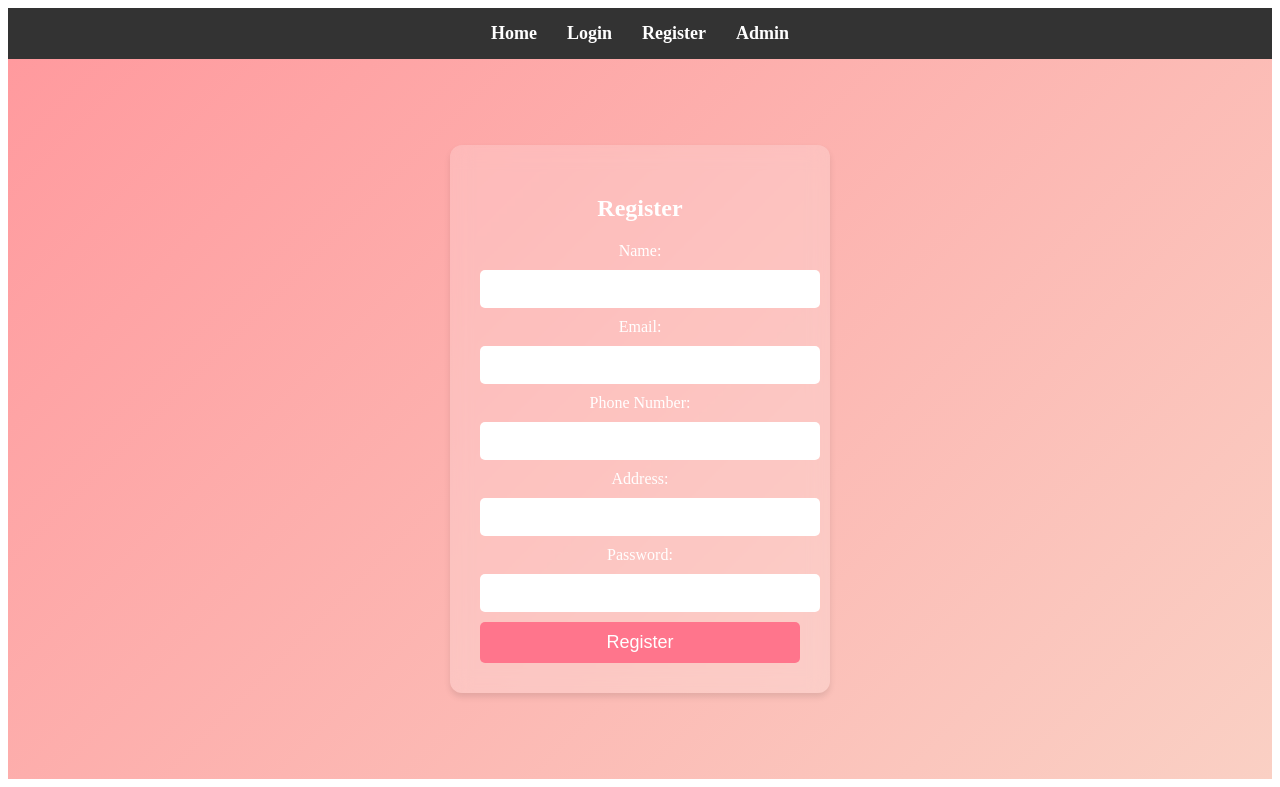
Repository: AhmedIbu/angular-login-app
Page: /register (app in angular-login-app/)
The author's editor kept a copy of each file at every save. The page is drawn from the files as they stood at one save, then again after the next save.
The browser window is 1280 px wide. The pictures show the whole page.
The project was rebuilt for these pictures with package versions that can differ from the ones it lists, and the page was loaded fresh each time. Also part of the build but not shown: angular-login-app/angular.json, angular-login-app/src/app/home/home.component.ts, angular-login-app/src/app/login/login.component.ts, angular-login-app/src/app/services/auth.service.ts, angular-login-app/src/app/admin-dashboard/admin-dashboard.component.ts, angular-login-app/src/app/admin-login/admin-login.component.ts, angular-login-app/src/app/user-dashboard/user-dashboard.component.ts.

Above is the page before, as saved 2025-02-21 11:18:08.

### angular-login-app/src/index.html
<!doctype html>
<html lang="en">
<head>
  <meta charset="utf-8">
  <title>AngularLoginApp</title>
  <base href="/">
  <meta name="viewport" content="width=device-width, initial-scale=1">
  <link rel="icon" type="image/x-icon" href="favicon.ico">
</head>
<body>
  <app-root></app-root>
</body>
</html>

### angular-login-app/src/styles.css
/*  app components css   */

/* Style the navigation bar */
.navbar {
  background: #333;
  padding: 15px;
  text-align: center;
}

/* Style the list */
.nav-list {
  list-style: none;
  padding: 0;
  margin: 0;
  display: flex;
  justify-content: center;
}

/* Style the navigation links */
.nav-list li {
  margin: 0 15px;
}

.nav-link {
  text-decoration: none;
  color: white;
  font-size: 18px;
  font-weight: bold;
  transition: color 0.3s ease-in-out;
}

/* Hover effect */
.nav-link:hover {
  color: #00c8ff;
}

/* Responsive design */
@media (max-width: 600px) {
  .nav-list {
    flex-direction: column;
  }

  .nav-list li {
    margin-bottom: 10px;
  }
}

### angular-login-app/src/main.ts
import { bootstrapApplication } from '@angular/platform-browser';
import { appConfig } from './app/app.config';
import { AppComponent } from './app/app.component';
import { provideHttpClient } from '@angular/common/http';

bootstrapApplication(AppComponent, {
  ...appConfig, // ✅ Spread existing config
  providers: [
    ...appConfig.providers, // ✅ Keep existing providers
    provideHttpClient() // ✅ Ensure HTTP client is provided
  ]
}).catch(err => console.error(err));

### angular-login-app/src/app/app.config.ts
import { ApplicationConfig } from '@angular/core';
import { provideRouter, Routes } from '@angular/router';
import { provideHttpClient } from '@angular/common/http';

// ✅ Import standalone components
import { HomeComponent } from './home/home.component';
import { LoginComponent } from './login/login.component';
import { RegisterComponent } from './register/register.component';
import { AdminDashboardComponent } from './admin-dashboard/admin-dashboard.component';
import { AdminLoginComponent } from './admin-login/admin-login.component';
import { UserDashboardComponent } from './user-dashboard/user-dashboard.component';

// ✅ Define routes
const routes: Routes = [
  { path: '', component: HomeComponent}, // Default route
  { path: 'login', component: LoginComponent },
  { path: 'register', component: RegisterComponent },
  { path: 'admin-login', component: AdminLoginComponent },
  { path: 'user-dashboard', component: UserDashboardComponent },
  { path: 'admin-dashboard', component: AdminDashboardComponent },
  { path: '**', redirectTo: 'user-dashboard' } // Catch-all for unknown routes
];

export const appConfig: ApplicationConfig = {
  providers: [
    provideRouter(routes),
    provideHttpClient()
  ]
};

### angular-login-app/src/app/app.component.ts
import { Component } from '@angular/core';
import { RouterModule } from '@angular/router';

@Component({
  selector: 'app-root',
  standalone: true,
  imports: [RouterModule],
  templateUrl: './app.component.html',
  styleUrls: ['./app.component.css','../styles.css']
})
export class AppComponent { }

### angular-login-app/src/app/register/register.component.ts
import { CommonModule } from '@angular/common';
import { Component } from '@angular/core';
import { FormsModule } from '@angular/forms';
import { UserService } from '../services/user.service';

@Component({
  selector: 'app-register',
  standalone: true,
  imports: [CommonModule, FormsModule],
  templateUrl: './register.component.html',
  styleUrls: ['./register.component.css']
})
export class RegisterComponent {
  user = { name: '', email: '', phone: '', address: '', password: '' };
  errorMessage = '';
  successMessage = '';
  loading = false; // ✅ Added loading state

  constructor(private userService: UserService) {}

  registerUser() {
    // ✅ Prevent duplicate submissions
    if (this.loading) return;

    // ✅ Validate form fields
    if (!this.validateForm()) {
      this.errorMessage = "All fields are required";
      return;
    }

    // ✅ Show loading state
    this.loading = true;
    this.errorMessage = '';
    this.successMessage = '';

    console.log('📤 Sending Data:', this.user); // Debugging

    this.userService.registerUser(this.user).subscribe({
      next: (response: any) => {
        console.log('✅ Registration successful:', response);
        this.successMessage = response.message || 'User Registered Successfully!';
        alert(this.successMessage);
        this.resetForm();
      },
      error: (error) => {
        console.error('❌ Registration failed:', error);
        this.errorMessage = error.error?.message || 'Registration failed. Try again.';
        alert(this.errorMessage);
      },
      complete: () => {
        this.loading = false; // ✅ Re-enable form after request completes
      }
    });
  }

  private validateForm(): boolean {
    return Object.values(this.user).every(value => value.trim() !== '');
  }

  private resetForm() {
    this.user = { name: '', email: '', phone: '', address: '', password: '' };
    this.errorMessage = '';
    this.successMessage = '';
  }
}

### angular-login-app/src/app/app.component.html
<nav class="navbar">
  <ul class="nav-list">
    <li><a routerLink="/" class="nav-link">Home</a></li>
    <li><a routerLink="/login" class="nav-link">Login</a></li>
    <li><a routerLink="/register" class="nav-link">Register</a></li>
    <li><a routerLink="/admin-login" class="nav-link">Admin</a></li>
  </ul>
</nav>

<router-outlet></router-outlet>

### angular-login-app/src/app/register/register.component.html
<div class="register-container">
  <div class="register-box">
<h2>Register</h2>
<form (ngSubmit)="registerUser()">
  <label>Name:</label>
  <input type="text" [(ngModel)]="user.name" name="name" required>

  <label>Email:</label>
  <input type="email" [(ngModel)]="user.email" name="email" required>

  <label>Phone Number:</label>
  <input type="text" id="phone" [(ngModel)]="user.phone" name="phone" required>

  <label for="address">Address:</label>
  <input type="text" id="address" [(ngModel)]="user.address" name="address" required>

  <label>Password:</label>
  <input type="password" [(ngModel)]="user.password" name="password" required>

  <button type="submit" class="register-btn">Register</button>

  <p *ngIf="errorMessage" style="color: red;">{{ errorMessage }}</p>
</form>
</div>
</div>

### angular-login-app/src/app/register/register.component.css
/* Centering the register form */
.register-container {
    display: flex;
    justify-content: center;
    align-items: center;
    height: 100vh;
    background: linear-gradient(135deg, #ff9a9e, #fad0c4);
  }

  /* Glassmorphism effect for the form */
  .register-box {
    background: rgba(255, 255, 255, 0.2);
    backdrop-filter: blur(10px);
    border-radius: 12px;
    padding: 30px;
    box-shadow: 0 4px 6px rgba(0, 0, 0, 0.1);
    width: 320px;
    text-align: center;
    color: #fff;
  }

  /* Styling form elements */
  .register-box h2 {
    margin-bottom: 20px;
    font-size: 24px;
    font-weight: bold;
  }

  .register-box input {
    width: 100%;
    padding: 10px;
    margin: 10px 0;
    border: none;
    border-radius: 5px;
    font-size: 16px;
  }

  /* Register button styles */
  .register-btn {
    background: #ff758c;
    color: white;
    border: none;
    padding: 10px;
    font-size: 18px;
    width: 100%;
    border-radius: 5px;
    cursor: pointer;
    transition: 0.3s;
  }

  .register-btn:hover {
    background: #ff5277;
    transform: scale(1.05);
  }

  /* Style for the "Already have an account?" text */
  .register-box p {
    margin-top: 10px;
    font-size: 14px;
  }

  .register-box a {
    color: #fff;
    text-decoration: underline;
    transition: 0.3s;
  }

  .register-box a:hover {
    color: #ff5277;
  }

### angular-login-app/src/app/services/user.service.ts
import { Injectable } from '@angular/core';
import { HttpClient , HttpHeaders} from '@angular/common/http';
import { Observable } from 'rxjs';

@Injectable({
  providedIn: 'root'
})
export class UserService {
  private apiUrl = 'http://127.0.0.1:5000/get-users'; // Flask backend base URL

  constructor(private http: HttpClient) {}

  registerUser(userData: any) {
    return this.http.post('http://127.0.0.1:5000/register', userData, {
      headers: { 'Content-Type': 'application/json' }
    });
  }

  loginUser(credentials: any): Observable<any> {
    return this.http.post(`${this.apiUrl}/login`, credentials);
  }

  getUsers(): Observable<any> {
    const token = localStorage.getItem('token');
    const headers = new HttpHeaders({ 'Authorization': `Bearer ${token}` });

    return this.http.get<any>(this.apiUrl, { headers });
  }


  addUser(userData: any): Observable<any> {
    return this.http.post(`${this.apiUrl}/add-user`, userData);
  }
}

Loaded but not shown: angular-login-app/src/app/app.component.css (no stored copy; drawn as an empty file)

After the next save:
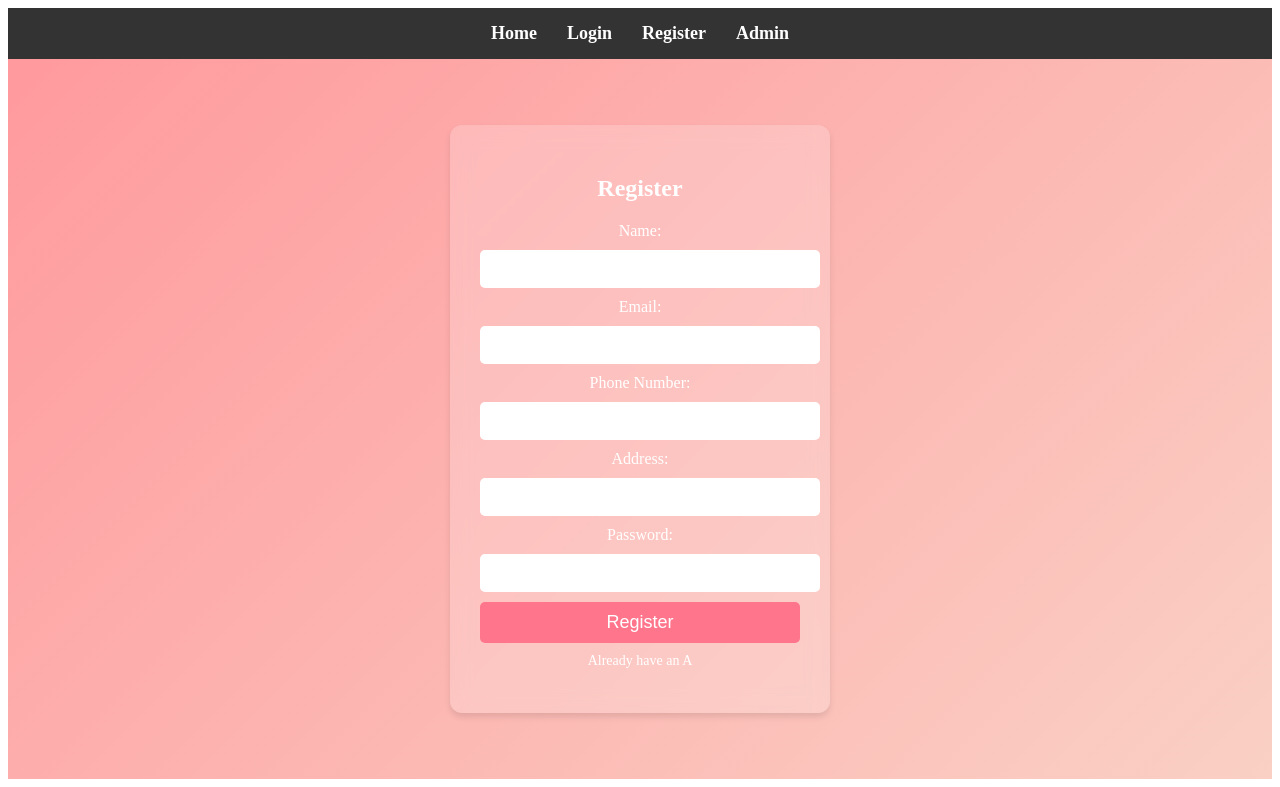
Saved 10 s later.
--- a/angular-login-app/src/app/register/register.component.html
+++ b/angular-login-app/src/app/register/register.component.html
@@ -18,6 +18,7 @@
   <input type="password" [(ngModel)]="user.password" name="password" required>
 
   <button type="submit" class="register-btn">Register</button>
+  <p>Already have an A</p>
 
   <p *ngIf="errorMessage" style="color: red;">{{ errorMessage }}</p>
 </form>
